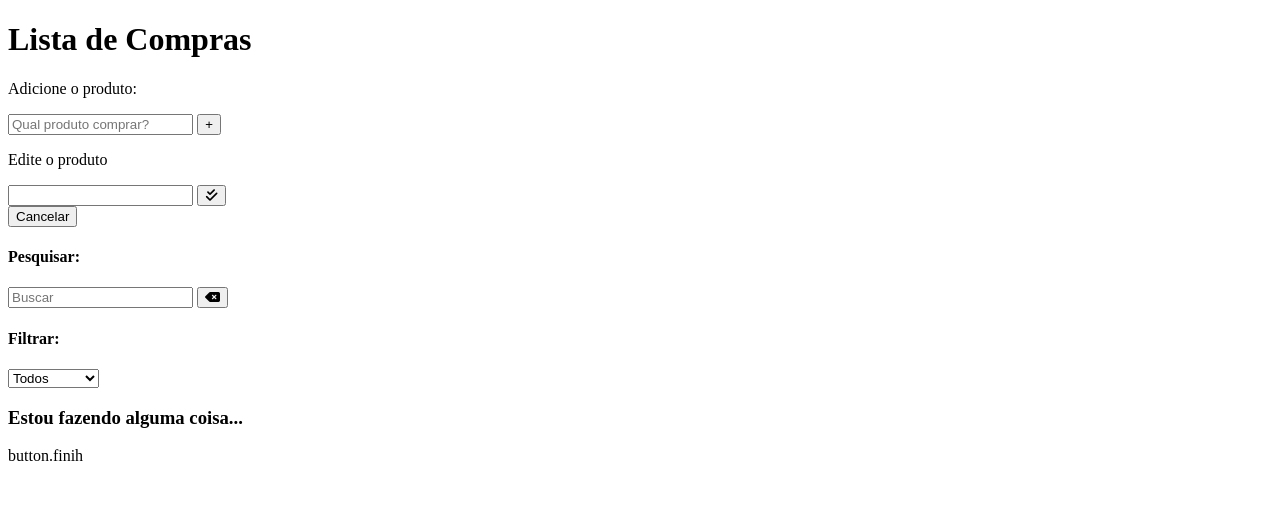
Repository: Dkrvalho/mercado
Page: index.html
An editor plug-in stored every save of this project. The page is shown before and after a run of saves, followed by the edit.
The browser window is 1280 px wide. The pictures show the whole page.

Above is the page before, as saved 2023-01-09 12:31:02.

### index.html
<!DOCTYPE html>
<html lang="en">
<head>
    <meta charset="UTF-8">
    <meta http-equiv="X-UA-Compatible" content="IE=edge">
    <meta name="viewport" content="width=device-width, initial-scale=1.0">
    <!-- CSS -->
    <link rel="stylesheet" href="css/style.css">
    <!-- Font Awesome -->
    <link rel="stylesheet" href="https://cdnjs.cloudflare.com/ajax/libs/font-awesome/6.2.1/css/all.min.css" integrity="sha512-MV7K8+y+gLIBoVD59lQIYicR65iaqukzvf/nwasF0nqhPay5w/9lJmVM2hMDcnK1OnMGCdVK+iQrJ7lzPJQd1w==" crossorigin="anonymous" referrerpolicy="no-referrer" />
    <!-- JS -->
    <script src="js/script.js" defer></script>
    <!-- defer faz com que o js seja carregado após o html -->
    <title>Lista de Compras</title>
</head>
    <main class="container">
        <header>
            <h1>Lista de Compras</h1>
        </header>
        <form id="form">
            <p>Adicione o produto:</p>
            <div class="form-control">
                <input type="text" id="todo-input" placeholder="Qual produto comprar?">
                <button type="submit">
                    <i class="fa-thin fa-plus"></i>
                </button>
            </div>
        </form>
        <form id="edit-form">
            <p>Edite o produto</p>
            <div id="form-control">
                <input type="text" id="edit-input">
                <button type="submit">
                    <i class="fa-solid fa-check-double"></i>
                </button>
            </div>
            <button id="cancel-edit-btn">Cancelar</button>
        </form>
        <div id="tollbar">
            <div id="search">
                <h4>Pesquisar:</h4>
                <form>
                    <input type="text" id="search-input" placeholder="Buscar">
                    <button id="erase-btn">
                        <i class="fa-solid fa-delete-left"></i>
                    </button>
                </form>
            </div>
        </div>
        <div id="filter">
            <h4>Filtrar:</h4>
            <select id="filter-select">
                <option value="all">Todos</option>
                <option value="done">Comprados</option>
                <option value="todo">A comprar</option>
            </select>
        </div>
        <div id="todo-list">
            <div id="todo">
                <h3>Estou fazendo alguma coisa...</h3>
                button.finih
            </div>
        </div>
    </main>
<body>

</body>
</html>

Loaded but not shown: css/style.css (no copy from this time; the picture is the same without it); js/script.js (no copy from this time; the picture is the same without it)

After the next 3 saves:
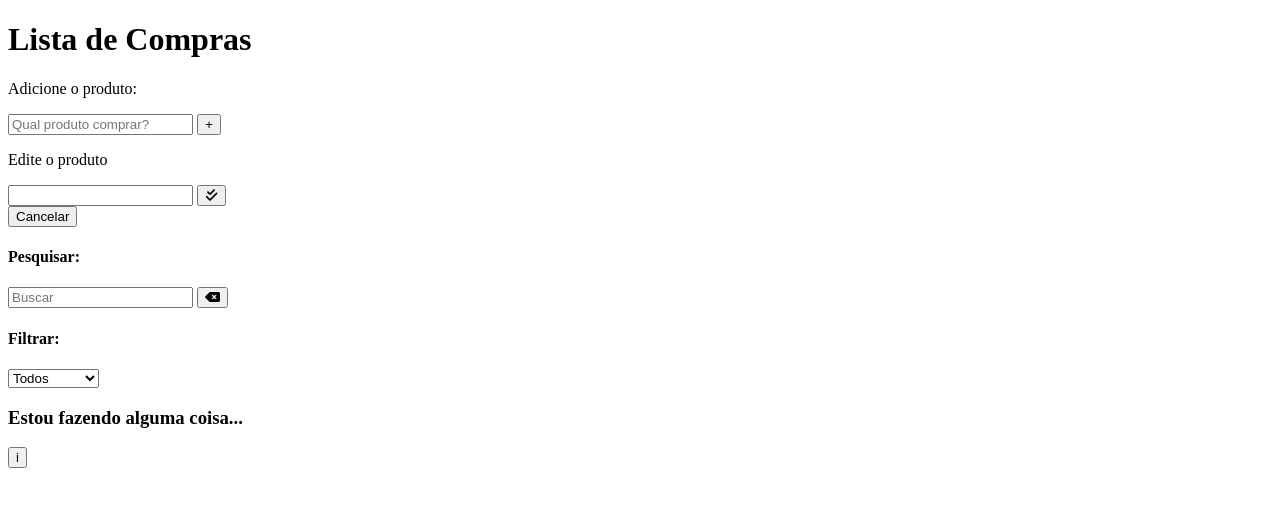
The 3 saves are shown as one change because they came seconds apart.
The last was saved 8 s later.
--- a/index.html
+++ b/index.html
@@ -58,7 +58,9 @@
         <div id="todo-list">
             <div id="todo">
                 <h3>Estou fazendo alguma coisa...</h3>
-                button.finih
+                <button class="finih-todo">
+                    i
+                </button>
             </div>
         </div>
     </main>
